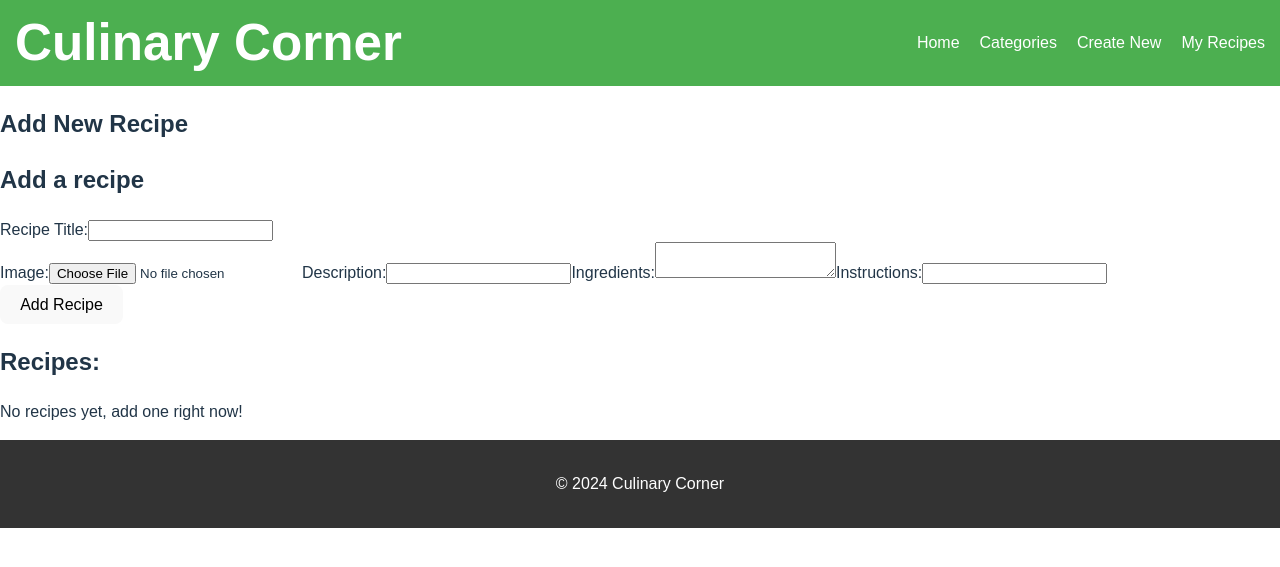
Repository: danielder10/Mon-Jumi-Daniel-FrontEnd-Project
Page: /add-new-recipe
An editor plug-in stored every save of this project. The page is shown before and after the next save, followed by the edit.
The browser window is 1280 px wide. The pictures show the whole page.
The project was rebuilt for these pictures with package versions that can differ from the ones it lists, and the page was loaded fresh each time. Also part of the build but not shown: vite.config.js, src/Home.jsx, src/Categories.jsx, src/MyRecipes.jsx, src/RecipesDetails.jsx.

Above is the page before, as saved 2024-11-16 01:09:31.

### src/App.jsx
import React, { useState } from 'react';
import { BrowserRouter as Router, Routes, Route } from 'react-router-dom';
import Header from './Header';
import Home, { recipes } from './Home';
import Categories from './Categories';
import MyRecipes from './MyRecipes';
import Footer from './Footer';
import './App.css';
import RecipesDetails from './RecipesDetails';
import AddNewRecipe from './AddNewRecipe';

function App() {
  const [myRecipes, setMyRecipes] = useState([]);

  const addRecipeToMyRecipes = (recipe) => {
    setMyRecipes((prevRecipes) => [...prevRecipes, recipe]);
  };

  const removeRecipeFromMyRecipes = (index) => {
    setMyRecipes((prevRecipes) => prevRecipes.filter((_, i) => i !== index));
  };

  return (
    <Router>
      <div className="App">
        <Header />
        <Routes>
          <Route path="/" element={<Home addRecipeToMyRecipes={addRecipeToMyRecipes} />} />
          <Route path="/categories" element={<Categories />} />
          <Route
            path="/my-recipes"
            element={<MyRecipes myRecipes={myRecipes} removeRecipeFromMyRecipes={removeRecipeFromMyRecipes} />}
          />
          <Route path="/recipe/:id" element={<RecipesDetails recipes={recipes} />} />
          <Route path="/add-new-recipe" element={<AddNewRecipe />} />
        </Routes>
        <Footer />
      </div>
    </Router>
  );
}

export default App;

### src/Header.jsx
import React from 'react';
import { Link } from 'react-router-dom';

function Header() {
  return (
    <header className="header">
      <h1 className="logo">Culinary Corner</h1>
      <nav>
        <ul className="nav-list">
          <li className="nav-item"><Link to="/">Home</Link></li>
          <li className="nav-item"><Link to="/categories">Categories</Link></li>
          <li className="nav-item"><Link to="/add-new-recipe">Create New</Link></li>
          <li className="nav-item"><Link to="/my-recipes">My Recipes</Link></li>
        </ul>
      </nav>
    </header>
  );
}

export default Header;

### src/Footer.jsx
import React from 'react';

function Footer() {
  return (
    <footer>
      <p>&copy; 2024 Culinary Corner</p>
    </footer>
  );
}

export default Footer;

### src/App.css
* {
  box-sizing: border-box;
}

body {
  margin: 0;
  font-family: Arial, sans-serif;
}

.App {
  display: flex;
  flex-direction: column;
  height: 100vh;
  width: 100vw;

}

.header {
  background-color: #4CAF50;
  color: white;
  padding: 15px;
  display: flex;
  justify-content: space-between;
  align-items: center;
  min-height: 60px;
  z-index: 10;
}

.logo {
  margin: 0;
}

.nav-list {
  list-style-type: none;
  margin: 0;
  padding: 0;
  display: flex;
}

.nav-item {
  margin-left: 20px;
}

.nav-item a {
  color: white;
  text-decoration: none;
  transition: color 0.3s;
}

.nav-item a:hover {
  color: #FFC107;
}

.recipe-list {
  display: flex;
  flex-wrap: wrap;
}

.recipe-item {
  margin: 1rem;
  padding: 1rem;
  border: 1px solid #ddd;
}

footer {
  background-color: #333;
  color: white;
  text-align: center;
  padding: 1rem;
  position: relative;
  width: 100%;
  bottom: 0;
}

.btn-forward {
  background-color: purple;
}

.card-btn {
  display: flex;
  gap: 4rem;
}

### src/AddNewRecipe.jsx
import React from 'react';
import { useState } from 'react';
import AddRecipeForm from './components/AddRecipeForm';
import './App.css';

export default function AddNewRecipe() {
    const [recipes, setRecipes] = useState([]);

    const handleAddRecipe = (newRecipe) => {
        setRecipes([...recipes, newRecipe]);
    };

  return (
    <>
        <div>
            <h2>Add New Recipe</h2>
            <AddRecipeForm onAddRecipe={handleAddRecipe} />
            <div>
                <h2>Recipes:</h2>
                {recipes.length === 0 ? (
                    <p>No recipes yet, add one right now!</p>
                ) : (
                    recipes.map((recipe, index) => (
                        <div key={index}>
                            <h3>{recipe.title}</h3>
                            <img
                                src={URL.createObjectURL(recipe.img)}
                                alt={recipe.title}
                                style={{ width: "150px", height: "150px", objectFit: "cover" }}
                            />
                            <p><strong>Description:</strong> {recipe.description}</p>
                            <p><strong>Ingredients:</strong> {recipe.ingredients}</p>
                            <p><strong>Instructions:</strong> {recipe.instruction}</p>
                        </div>
                    ))
                )}
            </div>
        </div>
    </>
  );
};

### src/components/AddRecipeForm.jsx
import { useState } from "react";

export default function AddRecipeForm( {onAddRecipe} ) {
    // form input state
    const [title, setTitle] = useState();
    const [img, setImg] = useState();
    const [description, setDescription] = useState();
    const [ingredients, setIngredients] = useState();
    const [instruction, setInstruction] = useState();

    // submit handler
    const handleSubmit = (e) => {
        e.preventDefault(); // prevent page refresh

        if (!title || !ingredients || !instruction || !description) {
            alert("All fields except image are required");
            return;
        }

        // create new recipe object
        const newRecipe = {title, img, description, ingredients, instruction};

        // send new recipe
        onAddRecipe(newRecipe);

        setTitle("");
        setImg(null);
        setDescription("");
        setIngredients("");
        setInstruction("")
    };

    return (
        <>
            <form onSubmit={handleSubmit}>
                <h2>Add a recipe</h2>
                <label>
                    Recipe Title:
                    <input
                        type="text"
                        value={title}
                        onChange={(e) => setTitle(e.target.value)}
                        required
                    />
                </label>
                <br/>
                <label>
                    Image:
                    <input
                        type="file"
                        onChange={(e) => setImg(e.target.files[0])}
                        accept="image/*"
                    />
                </label>
                <label>
                    Description:
                    <input
                        type="text"
                        value={description}
                        onChange={(e) => setDescription(e.target.value)}
                        required
                    />
                </label>
                <label>
                    Ingredients:
                    <textarea
                        value={ingredients}
                        onChange={(e) => setIngredients(e.target.value)}
                        required
                    />
                </label>
                <label>
                    Instructions:
                    <input
                        value={instruction}
                        onChange={(e) => setInstruction(e.target.value)}
                        required
                    />
                </label>
                <br/>
                <button type="submit">Add Recipe</button>
            </form>
        </>
    )
}

Loaded but not shown: index.html (common file); src/main.jsx (common file); src/index.css (common file)

After the next save:
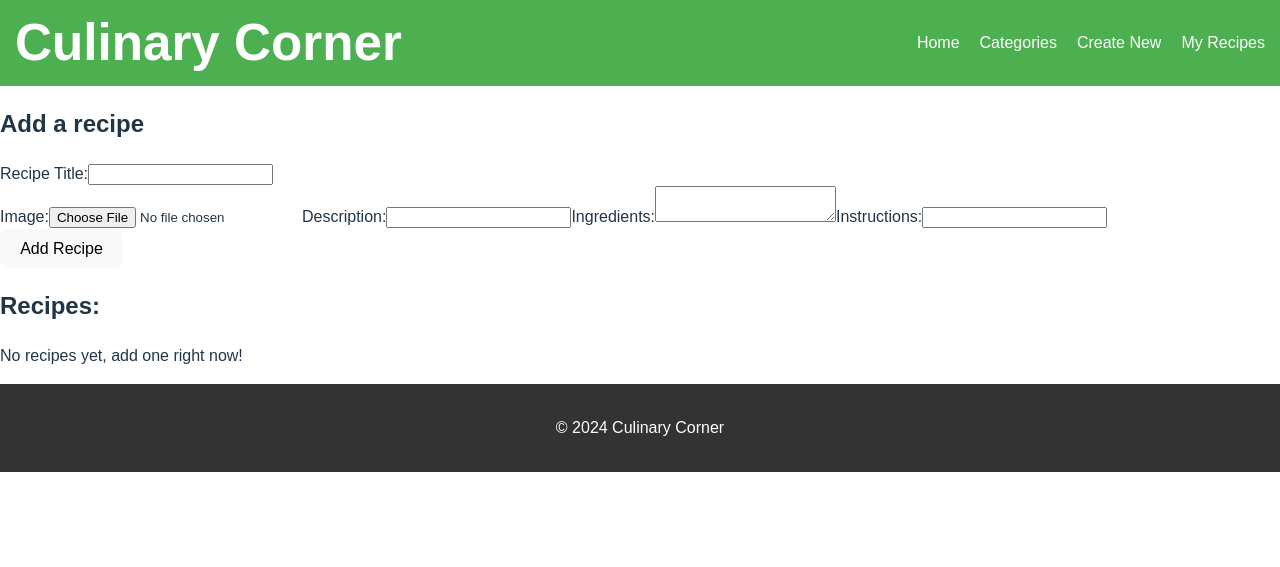
Saved 12 s later.
--- a/src/AddNewRecipe.jsx
+++ b/src/AddNewRecipe.jsx
@@ -13,7 +13,6 @@ export default function AddNewRecipe() {
   return (
     <>
         <div>
-            <h2>Add New Recipe</h2>
             <AddRecipeForm onAddRecipe={handleAddRecipe} />
             <div>
                 <h2>Recipes:</h2>
